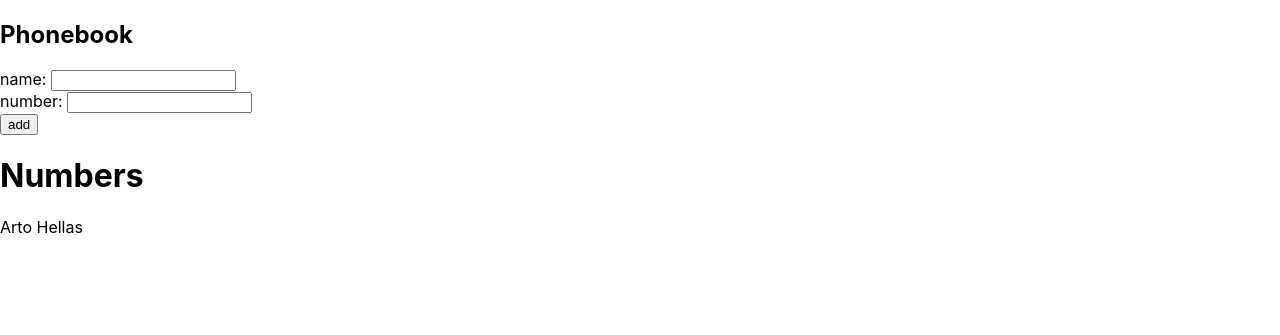
Repository: 0101chaitanya/phonebook-front
Page: /
These files come from the project's save history. The page is drawn as it stood at one moment and after the next save; the edit follows.
The browser window is 1280 px wide. The pictures show the whole page.
The project was rebuilt for these pictures with package versions that can differ from the ones it lists, and the page was loaded fresh each time.

Above is the page before, as saved 2021-09-19 17:34:43.

### src/App.jsx
import React, { useState } from "react";

const App = () => {
  const [persons, setPersons] = useState([{ name: "Arto Hellas" }]);
  const [state, setState] = useState({
    name: "",
    number: "",
  });
  const handleChange = (e) => {
    const { name, value } = e.target;
    setState({
      ...state,
      [name]: value,
    });
  };
  const handleSubmit = (e) => {
    e.preventDefault();
    let exists = persons.some((person) => person.name === state.name);

    if (exists) {
      alert(`${state.name} is already added to phonebook`);
      return;
    }
    console.log(exists);

    setPersons(persons.concat(state));
    setState({
      name: "",
      number: "",
    });
    console.log(state);
  };
  return (
    <div>
      <h2>Phonebook</h2>

      <form onSubmit={handleSubmit}>
        <div>
          name:{" "}
          <input
            required
            value={state.name}
            onChange={handleChange}
            name="name"
          />
        </div>
        <div>
          number:{" "}
          <input
            required
            value={state.number}
            onChange={handleChange}
            name="number"
          />
        </div>
        <div>
          <button type="submit">add</button>
        </div>
      </form>
      <h1>Numbers</h1>
      <div>
        {persons.map((person) => {
          return (
            <p key={person.name}>
              {person.name} {person.number}
            </p>
          );
        })}
      </div>
    </div>
  );
};

export default App;

Loaded but not shown: public/index.html (common file); src/index.jsx (common file); src/index.css (common file)

After the next save:
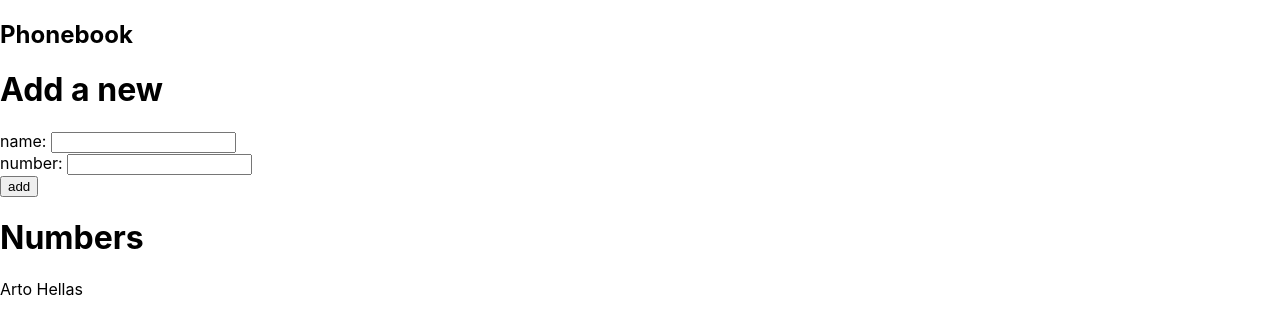
Saved 60 s later.
--- a/src/App.jsx
+++ b/src/App.jsx
@@ -35,6 +35,7 @@ const App = () => {
       <h2>Phonebook</h2>
 
       <form onSubmit={handleSubmit}>
+        <h1>Add a new</h1>
         <div>
           name:{" "}
           <input
